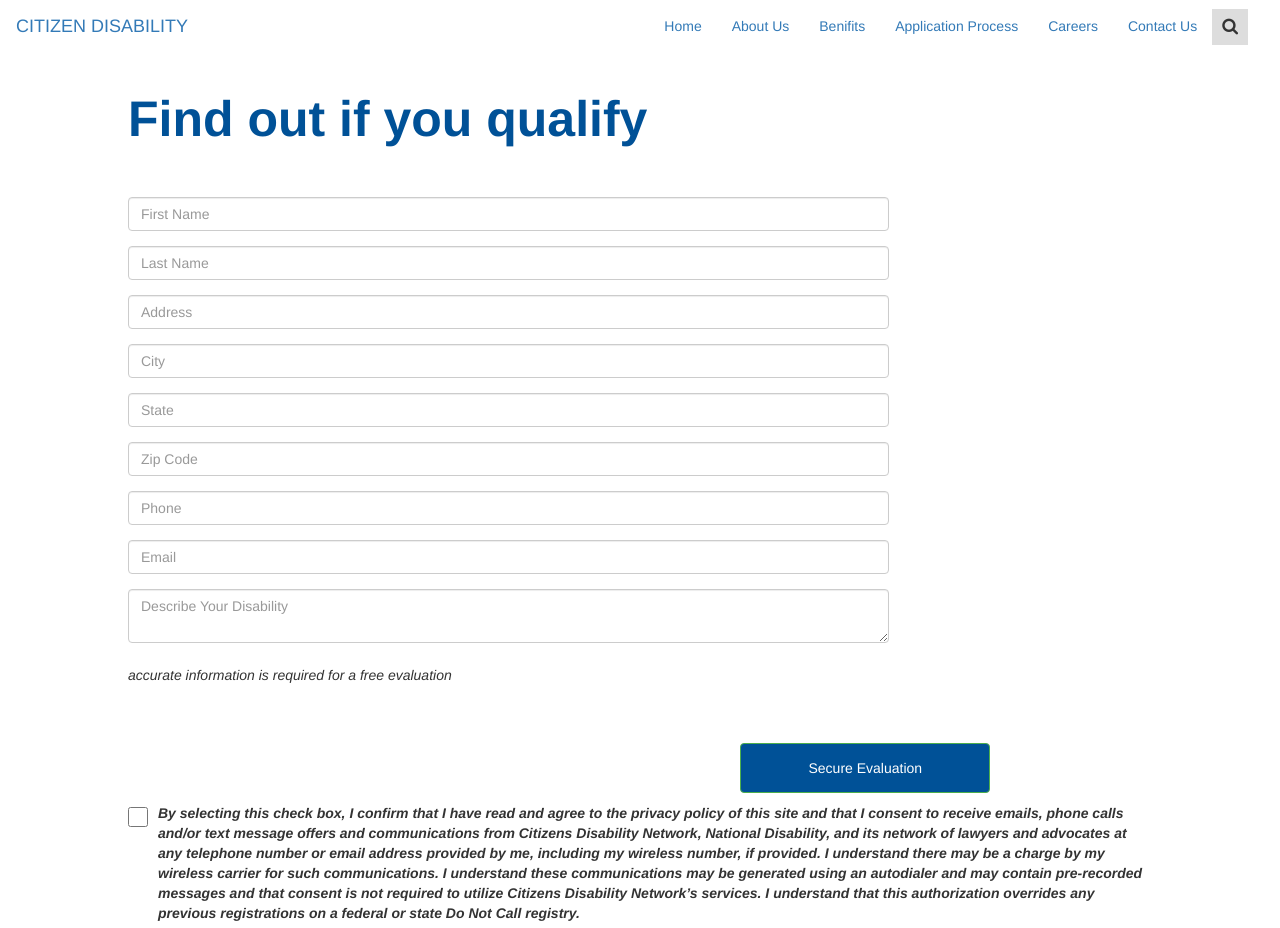
Repository: welcome0605/Embed-html-integrate-with-API
Page: Home1.html
The author's editor kept a copy of each file at every save. The page is drawn from the files as they stood at one save, then again after the next save.
The browser window is 1280 px wide. The pictures show the whole page.

Above is the page before, as saved 2019-04-29 14:46:29.

After the next save:
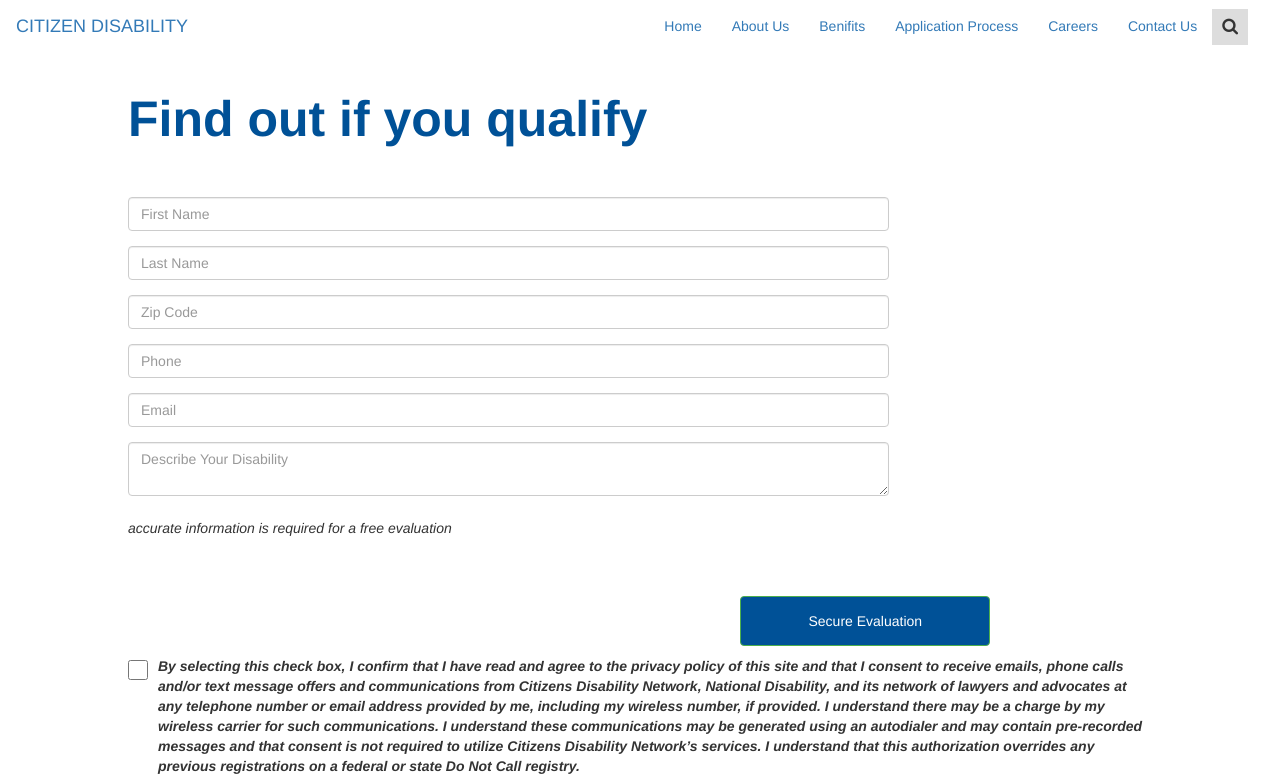
Saved 37 s later.
--- a/css/base1.css
+++ b/css/base1.css
@@ -114,3 +114,7 @@ input[type='checkbox'] {
     margin-top:10px;
     display: flex;
 }
+
+.addr {
+    display: none;
+}
